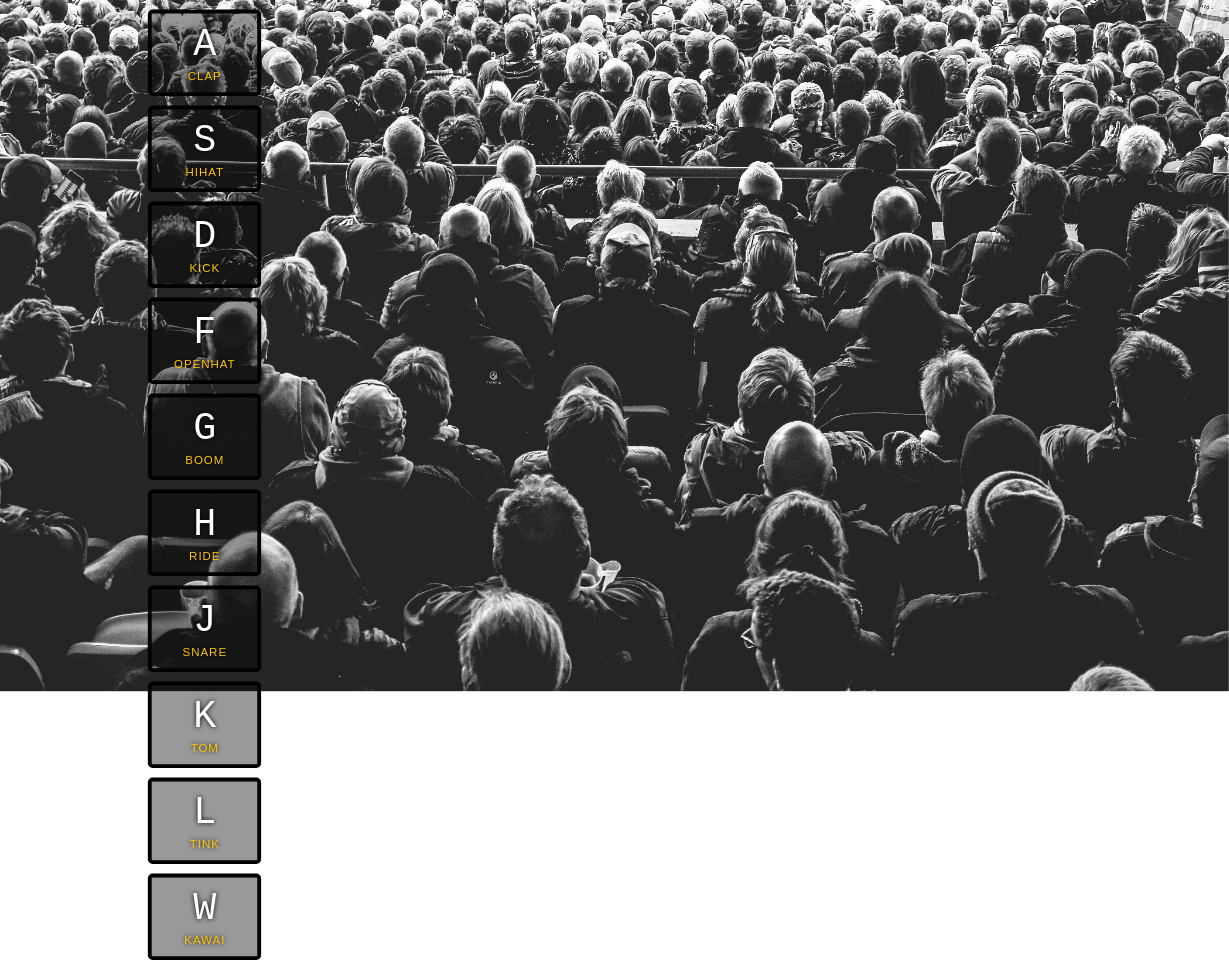
Repository: Freezler/drumkitJS
Page: index-START.html
The author's editor kept a copy of each file at every save. The page is drawn from the files as they stood at one save, then again after the next save.
The browser window is 1280 px wide. The pictures show the whole page, at 96% of full size.

Above is the page before, as saved 2024-08-23 00:09:32.

### index-START.html
<!DOCTYPE html>
<html lang="en">

<head>
  <meta charset="UTF-8">
  <title>JS Drum Kit</title>
  <link rel="stylesheet" href="style.css">
  <link rel="icon" href="https://fav.farm/🔥" />
</head>

<body>

  <main>
    <div class="keys">
      <div data-key="65" class="key">
        <kbd>A</kbd>
        <span class="sound">clap</span>
      </div>
      <div data-key="83" class="key">
        <kbd>S</kbd>
        <span class="sound">hihat</span>
      </div>
      <div data-key="68" class="key">
        <kbd>D</kbd>
        <span class="sound">kick</span>
      </div>
      <div data-key="70" class="key">
        <kbd>F</kbd>
        <span class="sound">openhat</span>
      </div>
      <div data-key="71" class="key">
        <kbd>G</kbd>
        <span class="sound">boom</span>
      </div>
      <div data-key="72" class="key">
        <kbd>H</kbd>
        <span class="sound">ride</span>
      </div>
      <div data-key="74" class="key">
        <kbd>J</kbd>
        <span class="sound">snare</span>
      </div>
      <div data-key="75" class="key">
        <kbd>K</kbd>
        <span class="sound">tom</span>
      </div>
      <div data-key="76" class="key">
        <kbd>L</kbd>
        <span class="sound">tink</span>
      </div>
      <div data-key="87" class="key">
        <kbd>W</kbd>
        <span class="sound">kawai</span>
      </div>
    </div>
  </main>

  <audio data-key="65" src="sounds/clap.wav"></audio>
  <audio data-key="83" src="sounds/hihat.wav"></audio>
  <audio data-key="68" src="sounds/kick.wav"></audio>
  <audio data-key="70" src="sounds/openhat.wav"></audio>
  <audio data-key="71" src="sounds/boom.wav"></audio>
  <audio data-key="72" src="sounds/ride.wav"></audio>
  <audio data-key="74" src="sounds/snare.wav"></audio>
  <audio data-key="75" src="sounds/tom.wav"></audio>
  <audio data-key="76" src="sounds/tink.wav"></audio>
  <audio data-key="87" src="sounds/kawai.wav"></audio>


  <script>

    window.addEventListener('keydown', function (e) {
      const audio = document.querySelector(`audio[data-key="${e.keyCode}"]`);
      const key = document.querySelector(`.key[data-key="${e.keyCode}"]`);
      key.classList.add('playing');
      if (!audio) return;
      audio.currentTime = 0;
      audio.play();

      function removeTransition(e) {
        if (e.propertyName !== 'transform') return;
        this.classList.remove('playing');
      }
      const keys = document.querySelectorAll('.key');
      keys.forEach(key => key.addEventListener('transitionend', removeTransition));

    });
  </script>


</body>

</html>

### style.css
html {
  font-size: 10px;
  background: url('./background.jpg') bottom center;
  background-size: cover;
  background-repeat: no-repeat;
  height: 100vh;
}

body,
html {
  margin: 0;
  padding: 0;
  font-family: sans-serif;
}

main {
  width: 100vw;
  height: 100vh;
  display: grid;
  place-items: center;
  grid-template-columns: repeat(3, 1fr);
  grid-template-rows: repeat(3, 1fr);
  grid-template-areas:
    ". . ."
    ". . ."
    ". . .";
}

.keys {



}

.key {
  border: .4rem solid black;
  border-radius: .5rem;
  margin: 1rem;
  font-size: 1.5rem;
  padding: 1rem .5rem;
  transition: all .07s ease;
  width: 10rem;
  text-align: center;
  color: white;
  background: rgba(0, 0, 0, 0.4);
  text-shadow: 0 0 .5rem black;
}

.playing {
  transform: scale(1.1);
  border-color: #ffc600;
  box-shadow: 0 0 1rem #ffc600;
}

kbd {
  display: block;
  font-size: 4rem;
}

.sound {
  font-size: 1.2rem;
  text-transform: uppercase;
  letter-spacing: .1rem;
  color: #ffc600;
}

After the next save:
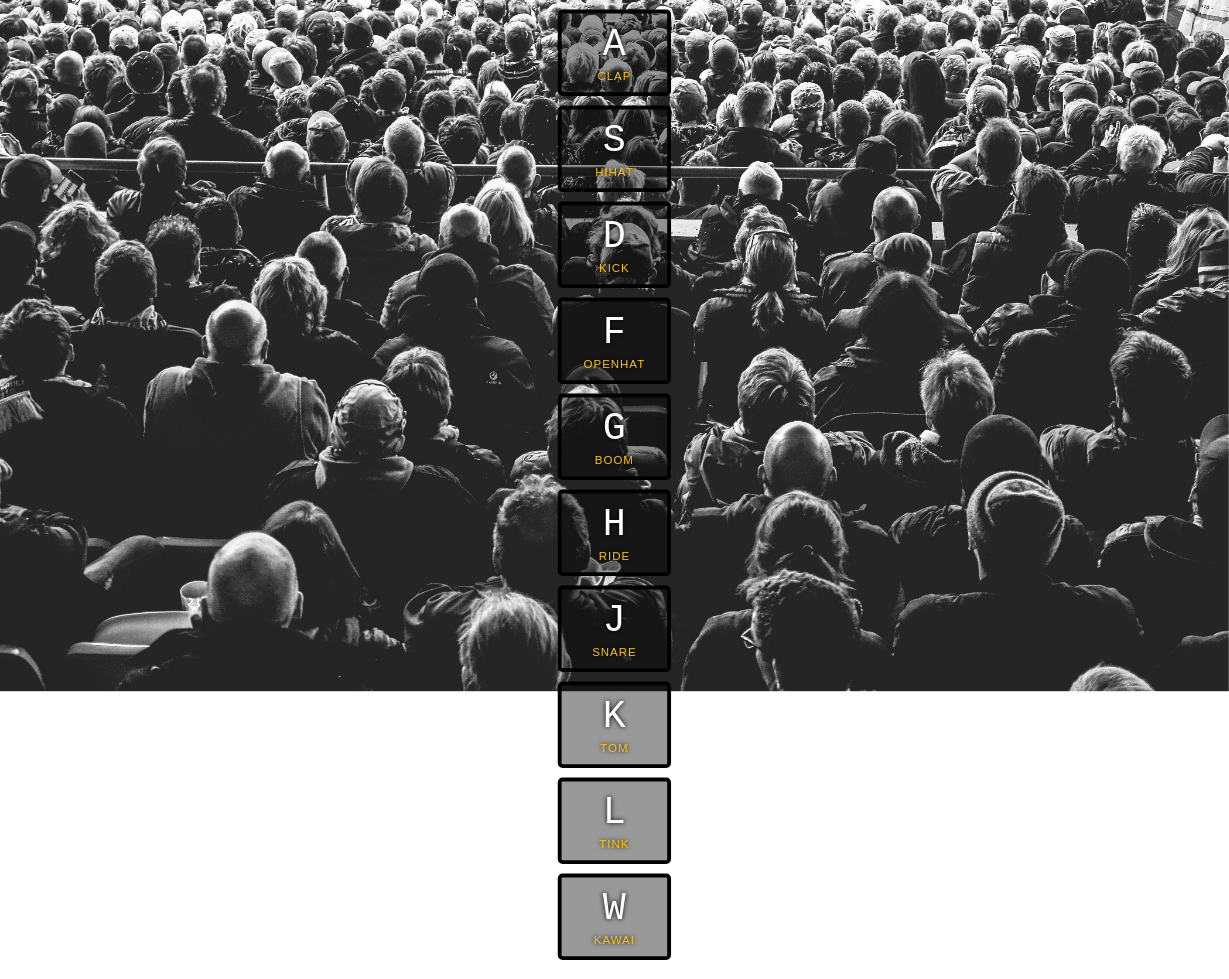
Saved 19 s later.
--- a/style.css
+++ b/style.css
@@ -28,6 +28,7 @@ main {
 
 .keys {
 
+  grid-area: 2 / 2 / 3 / 3;
 
 
 }
